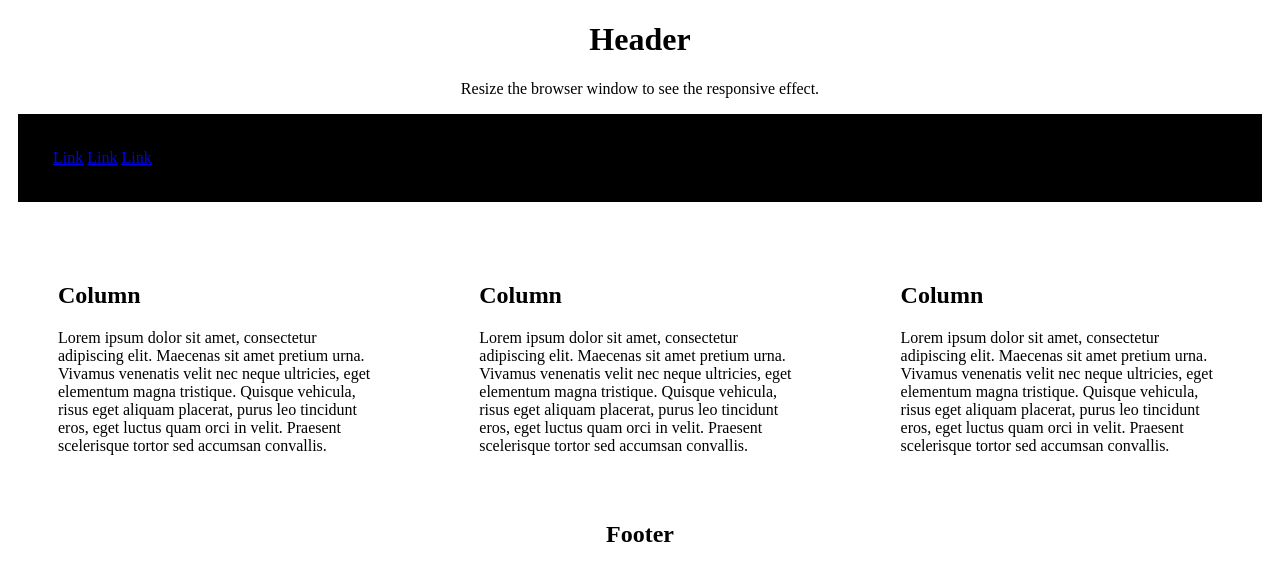
Repository: daeun0220/KB_EDU_JAVA
Page: work03_FrontUI/front02_CSS3/src/main/webapp/css13_website_layout_template.html
The author's editor kept a copy of each file at every save. The page is drawn from the files as they stood at one save, then again after the next save.
The browser window is 1280 px wide. The pictures show the whole page.

Above is the page before, as saved 2023-08-08 05:30:11.

### work03_FrontUI/front02_CSS3/src/main/webapp/css13_website_layout_template.html
<!DOCTYPE html>
<html lang="en">
<head>
<title>CSS Website Layout</title>
<meta charset="utf-8">
<meta name="viewport" content="width=device-width, initial-scale=1">
<style>
* {
	box-sizing: border-box;
}

.header {
	text-align: center;
}

.topnav {
	background-color: black;
	border: 15px solid black;
	padding: 20px;
	margin: 10px;
	box-sizing: content-box;
	display: block;
	color : white;
}

.column {
	width: 33.33%;
	padding: 50px;
	float: left;
}

.footer {
	text-align: center;
}
</style>

</head>
<body>

<div class="header">
  <h1>Header</h1>
  <p>Resize the browser window to see the responsive effect.</p>
</div>

<div class="topnav">
  <a href="#">Link</a>
  <a href="#">Link</a>
  <a href="#">Link</a>
</div>

<div class="row">
  <div class="column">
    <h2>Column</h2>
    <p>Lorem ipsum dolor sit amet, consectetur adipiscing elit. Maecenas sit amet pretium urna. Vivamus venenatis velit nec neque ultricies, eget elementum magna tristique. Quisque vehicula, risus eget aliquam placerat, purus leo tincidunt eros, eget luctus quam orci in velit. Praesent scelerisque tortor sed accumsan convallis.</p>
  </div>

  <div class="column">
    <h2>Column</h2>
    <p>Lorem ipsum dolor sit amet, consectetur adipiscing elit. Maecenas sit amet pretium urna. Vivamus venenatis velit nec neque ultricies, eget elementum magna tristique. Quisque vehicula, risus eget aliquam placerat, purus leo tincidunt eros, eget luctus quam orci in velit. Praesent scelerisque tortor sed accumsan convallis.</p>
  </div>

  <div class="column">
    <h2>Column</h2>
    <p>Lorem ipsum dolor sit amet, consectetur adipiscing elit. Maecenas sit amet pretium urna. Vivamus venenatis velit nec neque ultricies, eget elementum magna tristique. Quisque vehicula, risus eget aliquam placerat, purus leo tincidunt eros, eget luctus quam orci in velit. Praesent scelerisque tortor sed accumsan convallis.</p>
  </div>
 </div>

  <!-- 추가하기 -->
<div class="footer">
  	<p><h2>Footer</h2></p>
</div>



</body>
</html>

After the next save:
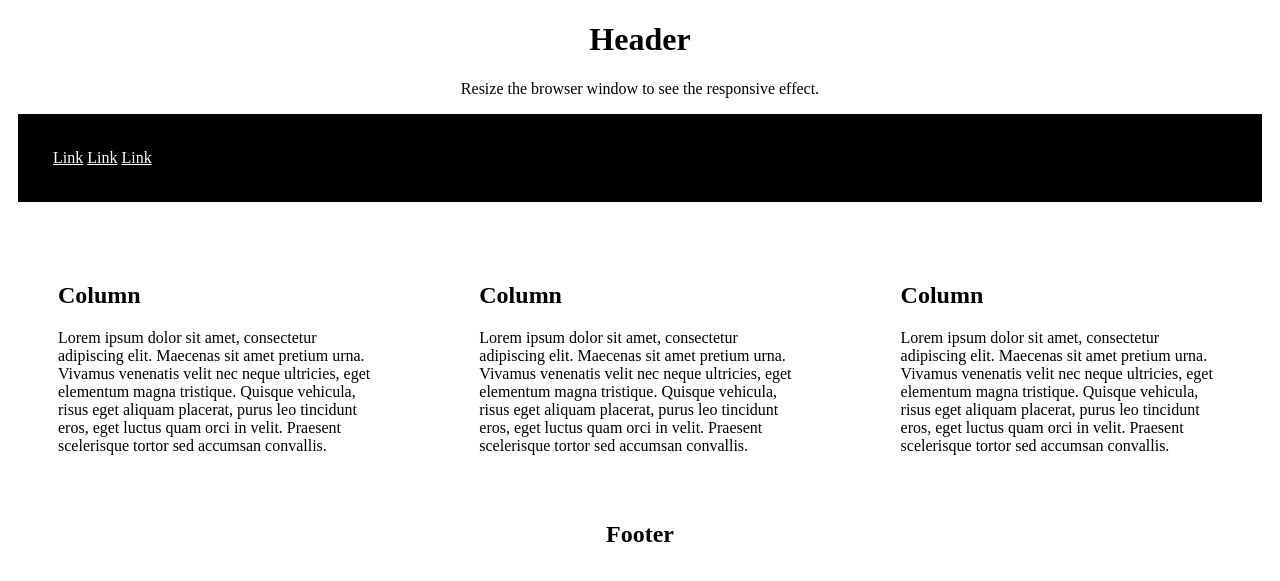
Saved 70 s later.
--- a/work03_FrontUI/front02_CSS3/src/main/webapp/css13_website_layout_template.html
+++ b/work03_FrontUI/front02_CSS3/src/main/webapp/css13_website_layout_template.html
@@ -20,7 +20,10 @@
 	margin: 10px;
 	box-sizing: content-box;
 	display: block;
-	color : white;
+}
+
+a:link {
+	color: white;
 }
 
 .column {

After the save that followed:
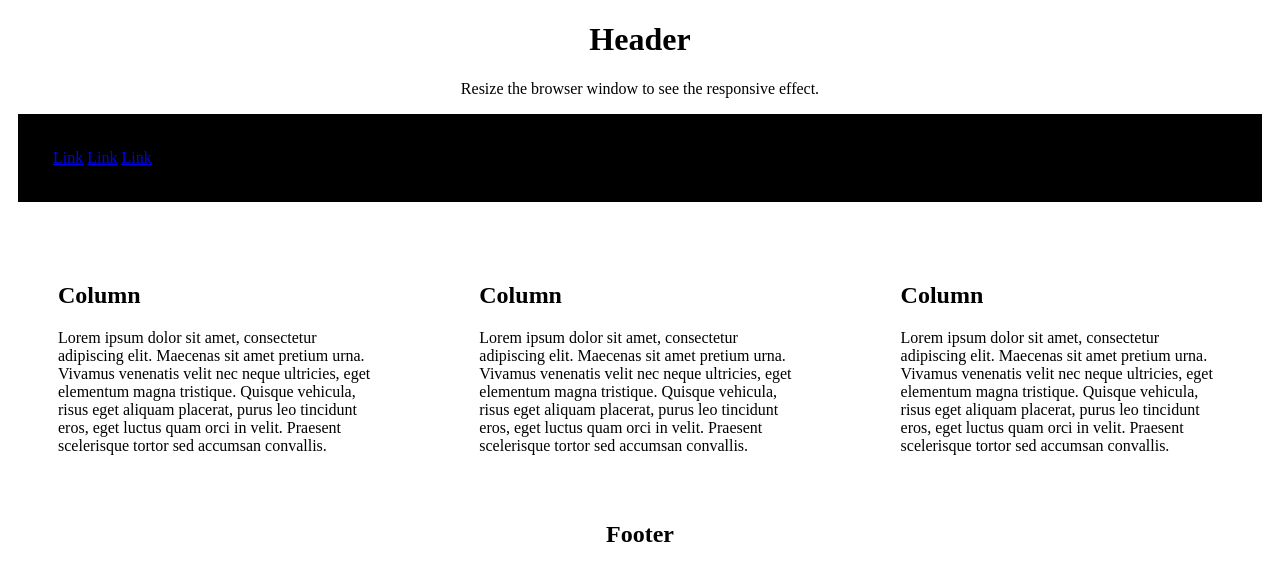
Saved 39 s later.
--- a/work03_FrontUI/front02_CSS3/src/main/webapp/css13_website_layout_template.html
+++ b/work03_FrontUI/front02_CSS3/src/main/webapp/css13_website_layout_template.html
@@ -22,7 +22,7 @@
 	display: block;
 }
 
-a:link {
+.topnav:link {
 	color: white;
 }
 
